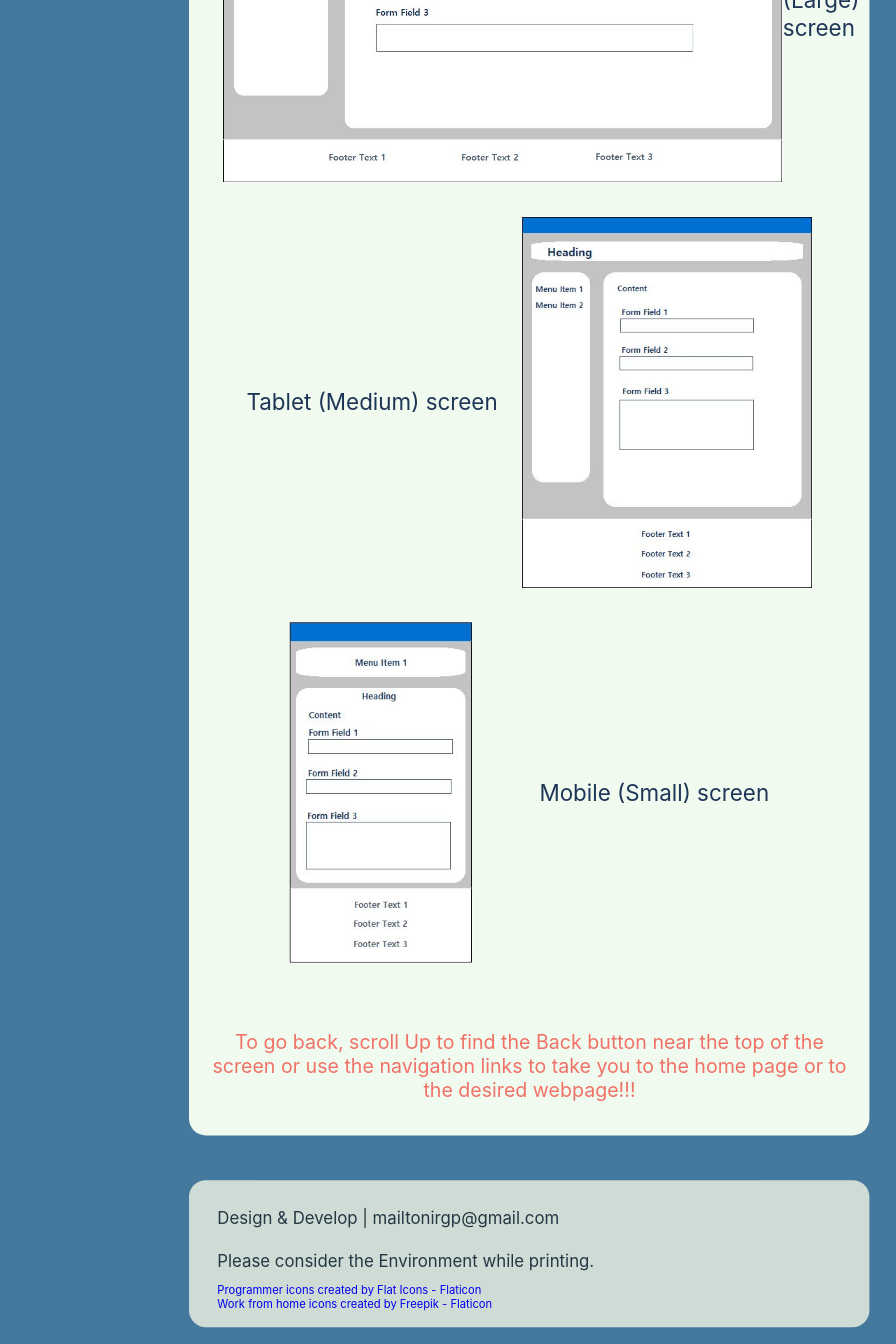
Repository: niranjangp/portfolioReact
Page: /cs-one
The author's editor kept a copy of each file at every save. The page is drawn from the files as they stood at one save, then again after the next save.
The browser window is 1280 px wide. The pictures show the part of the page from y = 1360 to 3280 px (the page is 3280 px tall), at 70% of full size.
The project was rebuilt for these pictures with package versions that can differ from the ones it lists, and the page was loaded fresh each time. Also part of the build but not shown: src/pages/enterDesign.jsx, src/pages/notFound.jsx.

Above is the page before, as saved 2022-02-01 04:33:32.

### public/index.html
<!DOCTYPE html>
<html lang="en">
  <head>
    <meta charset="utf-8" />
    <!--<link rel="icon" href="%PUBLIC_URL%/favicon.ico" />-->
    <meta name="viewport" content="width=device-width, initial-scale=1" />
    <meta name="theme-color" content="#000000" />
    <meta
      name="description"
      content="Web site created using create-react-app"
    />
    <!--<link rel="apple-touch-icon" href="%PUBLIC_URL%/logo192.png" />-->
    <!--
      manifest.json provides metadata used when your web app is installed on a
      user's mobile device or desktop. See https://developers.google.com/web/fundamentals/web-app-manifest/
    -->
    <link rel="manifest" href="%PUBLIC_URL%/manifest.json" />
    <!--
      Notice the use of %PUBLIC_URL% in the tags above.
      It will be replaced with the URL of the `public` folder during the build.
      Only files inside the `public` folder can be referenced from the HTML.

      Unlike "/favicon.ico" or "favicon.ico", "%PUBLIC_URL%/favicon.ico" will
      work correctly both with client-side routing and a non-root public URL.
      Learn how to configure a non-root public URL by running `npm run build`.
    -->
    <title>Portfolio</title>
  </head>
  <body>
    <noscript>You need to enable JavaScript to run this app.</noscript>
    <div id="root"></div>
    <!--
      This HTML file is a template.
      If you open it directly in the browser, you will see an empty page.

      You can add webfonts, meta tags, or analytics to this file.
      The build step will place the bundled scripts into the <body> tag.

      To begin the development, run `npm start` or `yarn start`.
      To create a production bundle, use `npm run build` or `yarn build`.
    -->
  </body>
</html>

### src/index.css
body {
  margin: 0;
  font-family: -apple-system, BlinkMacSystemFont, 'Segoe UI', 'Roboto', 'Oxygen',
    'Ubuntu', 'Cantarell', 'Fira Sans', 'Droid Sans', 'Helvetica Neue',
    sans-serif;
  -webkit-font-smoothing: antialiased;
  -moz-osx-font-smoothing: grayscale;
  box-sizing: border-box;
}

code {
  font-family: source-code-pro, Menlo, Monaco, Consolas, 'Courier New',
    monospace;
}

p {
  margin: 0;
}

### src/App.js
import './App.css';

import { Route, NavLink, Switch, Redirect } from 'react-router-dom';
import EnterTheDesign from './pages/enterDesign';
import CSOne from './pages/csOne';
import NotFound from './pages/notFound';

function App() {
  const flatIconLink = "https://www.flaticon.com/free-icons/programmer";
  const wfhIconLink = "https://www.flaticon.com/free-icons/work-from-home";


  return (
    <div className='App'>
      <div className="containerOne">
        <nav className='navigation'>
          <div className='navDiv'>
            <NavLink activeClassName="nav-link active" className="nav-link" to="/enter-the-design">Take me Home!</NavLink>
          </div>
          <div className='navDiv'>
            <NavLink activeClassName="nav-link active" className="nav-link" to="/cs-one">Case Study 1</NavLink>
          </div>
          <div className='navDiv'>
            <NavLink activeClassName="nav-link active" className="nav-link" to="/cs-two">Case t'w'o Study</NavLink>
          </div>
          <div className='navDiv'>
            <NavLink activeClassName="nav-link active" className="nav-link" to="/cs-three">Case Study the third</NavLink>
          </div>
          <div className='navDiv'>
            <NavLink activeClassName="nav-link active" className="nav-link" to="/cs-three">Case Study IV</NavLink>
          </div>
        </nav>
        <main className='mainOne'>
          <Switch>
            <Route exact path="/" ><Redirect to="/enter-the-design" /></Route>
            <Route path="/enter-the-design" ><EnterTheDesign /></Route>
            <Route exact path="/cs-one" ><CSOne /></Route>

            <Route path="*"><NotFound /></Route>
          </Switch>
          {/*<div className='firstRow'>
            <div className="width-60">
              <p className='fr-info'>NIRANJAN G P, IS A UI DEVELOPER AT DELOITTE USI</p>
            </div>
            <div className="width-40 img-block">
              <img src={avatarIcon} alt="avatar-icon" className='avtr-img' />
            </div>
          </div>
          <div className='sec-row'>
            <p>Hi, this is Niranjan.</p>
            <p>I Joined Deloitte USI as a campus recruit. Since then I've been part of many innovative and high-intensity projects, coordinating between multiple virtual teams to help complete client deliverables.</p>
            <p>I've been part of the FRONT-END community since 2017 and constantly learning and developing UI and gradually having a go at UX design parallely.</p>
            <p>Currently based in Bengaluru, I have a big love for travel and adventure, also keeping in mind to do my bit to conserve the environment.</p>
            <p>Thanks for stopping by.</p>
          </div>*/}

        </main>
        <footer>
          <div className='footer-info'>
            {/*<p>Niranjan G P</p>*/}
            <p>Design & Develop    |   mailtonirgp@gmail.com</p>
            <p>Please consider the Environment while printing.</p>
          </div>
          <div className='credits'>
            <a href={flatIconLink} title="programmer icons">Programmer icons created by Flat Icons - Flaticon</a>
            <a href={wfhIconLink} title="work from home icons">Work from home icons created by Freepik - Flaticon</a>
          </div>
        </footer>
      </div>

    </div>
  );
}

export default App;

### src/App.css
.containerOne {
  background-color: #45789d;
  padding: 24px;
  position: relative;
}

.mainOne {
  width: 75%;
  margin-left: 20%;
  background-color: #F1FAEE;
  height: 100%;
  border-radius: 1.5rem;
  padding:24px;
}

.navigation {
  position: absolute;
  top: 24px;
  left: 24px;
  width: 15%;
  height: 660px;
  background-color: #F1FAEE;
  border-radius: 1.5rem;
  padding: 64px 24px 24px;
}

.navDiv {
  padding: 16px 0;
  text-align: center;
}

.nav-link {
  font-size: 24px;
  text-decoration: none;
  color: #1d3557;
}

.nav-link.active {
  color: #2a9d8f;
  font-weight: bold;
  border-bottom: 4px solid #2a9d8f;
}

.fr-info {
  font-size: 3rem;
  font-family:'Gill Sans', 'Gill Sans MT', Calibri, 'Trebuchet MS', sans-serif;
  padding: 24px 24px 24px 48px;
  color: #1d3557;
}

.firstRow {
  display: flex;
  align-items: center;
  padding: 64px 0;
}

.width-60 {
  width: 60%;
}

.width-40 {
  width: 40%;
}

.fullWidth {
  width: 100%;
}

.img-block {
  text-align: center;
}

.sec-row {
  background-color: #1d3557;
  color: #f1faee;
  border-radius: 0.75rem;
  padding: 64px;
  font-family: 'Lucida Sans', 'Lucida Sans Regular', 'Lucida Grande', 'Lucida Sans Unicode', Geneva, Verdana, sans-serif;
  font-size: 28px;
  text-align: justify;
}

.sec-row p {
  padding: 16px;
}

.centered {
  margin: 3rem auto;
  text-align: center;
  display: flex;
  justify-content: center;
  align-items: center;
}

.linkSel {
  text-decoration: underline;
  font-weight: bold;
}

.third-row {
  display: flex;
  flex-wrap: wrap;
  padding: 96px 24px 0;
}

.card-box {
  width: 50%;
  text-align: center;
  height: 600px;
}

.card {
  width: 400px;
  height: 450px;
  background-color: #ffddd2;
  border-radius: 20px;
  box-shadow: 4px 4px 4px 4px rgba(0, 0, 0, 0.2);
  margin: 3rem auto;
  flex-grow: 1;
  flex-shrink: 1;
  transition: width 500ms ease 0s;
}

.card:hover {
  box-shadow: 4px 4px 4px 8px rgba(0, 0, 0, 0.2);
  width: 420px;
  height: 470px;
  cursor: pointer;
}

.card a {
  text-decoration: none;
}

.card p {
  font-size: 32px;
  padding: 24px;
  color: #1d3557;
  font-family: Verdana, Geneva, Tahoma, sans-serif;
}

.card-icon {
  width: 256px;
  margin-top: 40px;
}

.intro-cs {
  text-align: center;
  font-size: 40px;
  color: #1d3557;
  font-family:'Trebuchet MS', 'Lucida Sans Unicode', 'Lucida Grande', 'Lucida Sans', Arial, sans-serif;
}

footer {
  width: 75%;
  margin-left: 20%;
  background-color: #cfdbd5;
  height: 100%;
  border-radius: 1.5rem;
  padding:24px;
  margin-top: 64px;
  color: #223843;
}
.footer-info {
  font-size: 1.5rem;
}

.footer-info p {
  padding: 1rem;
}

.credits {
  padding-left: 16px;
}

.credits a {
  text-decoration: none;
  display: block;
}

.csOne {
  min-height: 660px;
  height: 100%;
  color: #1d3557;
}

.backLink {
  font-size: 28px;
  font-weight: bold;
  padding: 16px 16px 16px 24px;
}

.backLink a {
  text-decoration: none;
  color: #1d3557;

}

.csOneHeader {
  font-size: 40px;
  padding: 16px 16px 32px 24px;
}

.csOneBody {
  padding: 0 24px;
}

.csOneH {
  font-size: 32px;
  padding-bottom: 8px;
  border-bottom: 2px solid #1d3557;
  margin-bottom: 16px;
  display: inline-block;
}

.csOneC {
  font-size: 28px;
}

.pd-bt {
  padding-bottom: 48px;
}

.pd-bt-small {
  padding-bottom: 24px;
}

.clrp {
  width: 100px;
  height: 40px;
  border-top-right-radius: 20px;
  border-bottom-right-radius: 20px;
  margin-right: 24px;
}

.fir {
  background-color: #0070D2;
}

.sec {
  background-color: #16325C;
}

.thi {
  background-color: #526173;
}

.fou {
  font-family: sans-serif;
  padding-right: 24px;
}

.dp-flx {
  display: flex;
  margin: 16px 40px;
  align-items: center;
}

.flx-bx {
  display: flex;
  align-items: center;
  justify-content: space-evenly;
  margin-bottom: 48px;
}

.flx-bx div {
  font-size: 32px;
}

.mrDesk {
    width: 800px;
}

.last-text {
  font-size: 28px;
  color: #f07167;
  margin-bottom: 24px;
  text-align: center;
}



/*.containerOne {
  background-color: #F1FAEE;
}
.mainOne {
  background-color: #a8dadc;
  width: 75%;
  margin-left: 20%;
  /-*background-color: #45789d;*-/
  height: 660px;
}

.p1 {
  color: #1d3557;
}
.p2 {
  color: #f1faee;
}*/

/*.App-logo {
  height: 40vmin;
  pointer-events: none;
}

@media (prefers-reduced-motion: no-preference) {
  .App-logo {
    animation: App-logo-spin infinite 20s linear;
  }
}

.App-header {
  background-color: #282c34;
  min-height: 100vh;
  display: flex;
  flex-direction: column;
  align-items: center;
  justify-content: center;
  font-size: calc(10px + 2vmin);
  color: white;
}

.App-link {
  color: #61dafb;
}*/

@keyframes App-logo-spin {
  from {
    transform: rotate(0deg);
  }
  to {
    transform: rotate(360deg);
  }
}

### src/pages/csOne.jsx
import React from 'react';
import { Link } from 'react-router-dom';
import MrDesk from '../assets/mrDesk.JPG';
import MrTab from '../assets/mrTab.JPG';
import MrMob from '../assets/mrMob.JPG';

const csOne = () => {
  return (
    <div className='csOne'>
      <div className="backLink"><Link to="/enter-the-design">{'< Back'}</Link></div>
      <div className='csOneHeader'>A Flow for a Mandated Reporter</div>
      <div className='csOneBody'>
        <div className="pd-bt">
          <p className="csOneH">The START -</p>
          <p className="csOneC">This design came out as the first opportunity in my design roadmap.</p>
          <p className="csOneC">The design required a very minimal approach and subtle design feature involving only 3-4 color tones and the common 'sans-serif' font type.</p>
        </div>
        <div className="pd-bt">
          <p className="csOneH">The FEATURES</p>
          <p className="csOneC">The webpage doesn't have fancy animations or transitions, but has a responsive web design supporting large, medium and small device screen sizes.</p>
          <p className="csOneC dp-flx"><p className='fir clrp'></p><span>{' : #0070d2'}</span></p>
          <p className="csOneC  dp-flx"><p className='sec clrp'></p><span>{' : #16325C'}</span></p>
          <p className="csOneC  dp-flx"><p className='thi clrp'></p><span>{' : #00437D'}</span></p>
          <p className="csOneC  dp-flx"><p className="fou">SANS_SERIF</p><p> - Font</p></p>
        </div>
        <div className="pd-bt">
          <p className="csOneH">The PRODUCT</p>
          <p className="csOneC pd-bt-small">Responsive design accomodating Desktop, Tablet and Mobile versions of the webpage.</p>
          <div className="flx-bx"><img src={MrDesk} alt="mr-screen" className='mrDesk' /><div>Desktop (Large) screen</div></div>
          <div className="flx-bx"><div>Tablet (Medium) screen</div><img src={MrTab} alt="mr-screen" className='mrTab' /></div>
          <div className="flx-bx"><img src={MrMob} alt="mr-screen" className='mrMob' /><div>Mobile (Small) screen</div></div>
        </div>
      </div>
      <div className="last-text">To go back, scroll Up to find the Back button near the top of the screen or use the navigation links to take you to the home page or to the desired webpage!!!</div>
    </div>
  )
};

export default csOne;

Loaded but not shown: src/index.js (common file); src/reportWebVitals.js (common file)

After the next save:
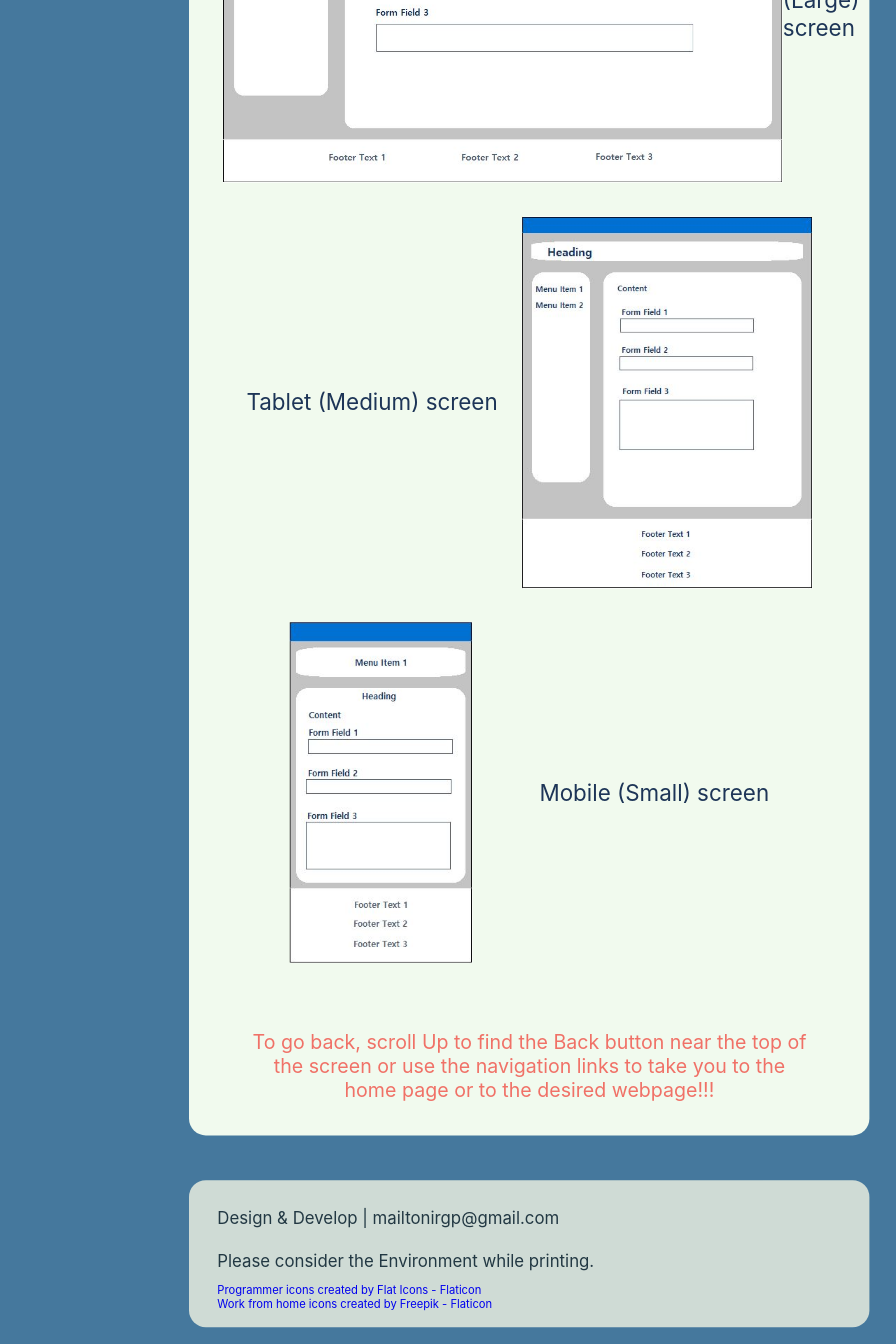
Saved 29 s later.
--- a/src/App.css
+++ b/src/App.css
@@ -274,7 +274,7 @@ footer {
 .last-text {
   font-size: 28px;
   color: #f07167;
-  margin-bottom: 24px;
+  margin: 0 64px 24px;
   text-align: center;
 }
 
